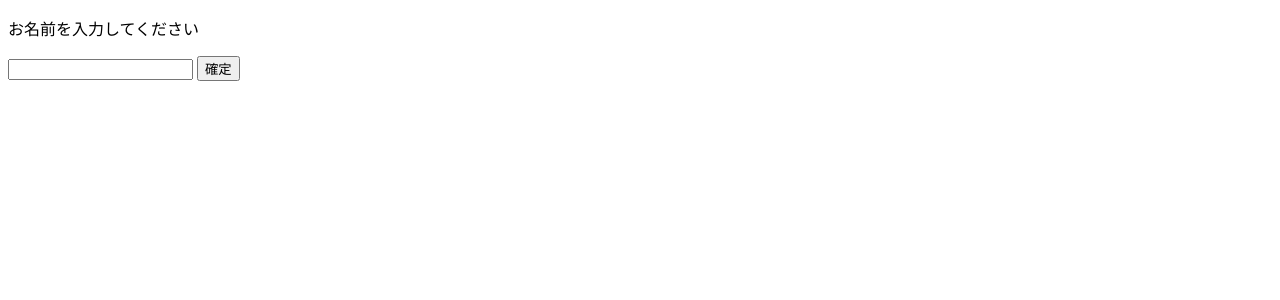
Repository: yukisu18/test
Page: http://localhost/HelloJSP2/
An editor plug-in stored every save of this project. The page is shown before and after the next save, followed by the edit.
The browser window is 1280 px wide. The pictures show the whole page.
The page is served by Tomcat 9.

Above is the page before, as saved 2018-12-17 12:45:27.

### HelloJSP2/WebContent/index.jsp
<%@ page language="java" contentType="text/html; charset=UTF-8"
	pageEncoding="UTF-8"%>
<!DOCTYPE html PUBLIC "-//W3C//DTD HTML 4.01 Transitional//EN" "http://www.w3.org/TR/html4/loose.dtd">
<html>
<head>
<meta http-equiv="Content-Type" content="text/html; charset=UTF-8">
<title>TEST</title>
</head>
<body>

	<p>お名前を入力してください</p>
	<form method="post" action="greeting-out.jsp">
		<input type="text" name="user"> <input type="submit"
			value="確定">
	</form>
</body>
</html>

After the next save:
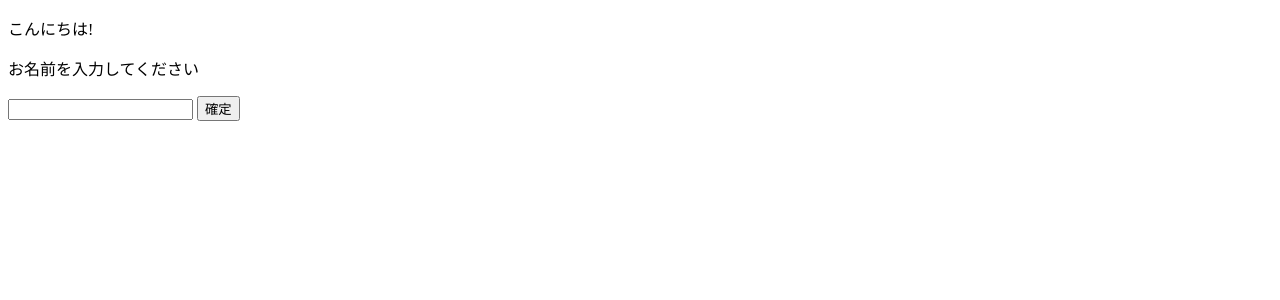
Saved 45 h 2 min later.
--- a/HelloJSP2/WebContent/index.jsp
+++ b/HelloJSP2/WebContent/index.jsp
@@ -7,7 +7,7 @@
 <title>TEST</title>
 </head>
 <body>
-
+<p>こんにちは!</p>
 	<p>お名前を入力してください</p>
 	<form method="post" action="greeting-out.jsp">
 		<input type="text" name="user"> <input type="submit"
